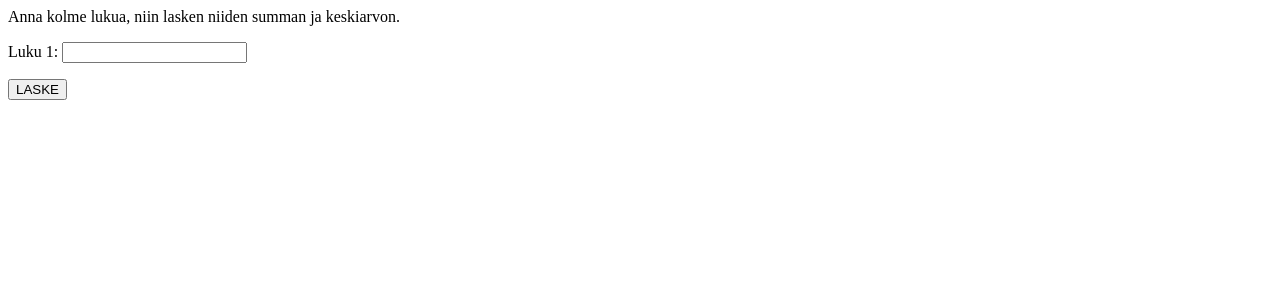
Repository: koodaajakige/knykanen
Page: public_html/be/ehtoja.html
An editor plug-in stored every save of this project. The page is shown before and after the next save, followed by the edit.
The browser window is 1280 px wide. The pictures show the whole page.

Above is the page before, as saved 2022-11-01 07:48:29.

### public_html/be/ehtoja.html
<head></head>
    <meta charset="UTF-8">
</head>
<body>

<p>Anna kolme lukua, niin lasken niiden summan ja keskiarvon.</p>
<form action="ehtoharjoitus.php" method="GET">

    <p>Luku 1: <input type="text" name="luku1"></p>

    <input type="submit" value="LASKE">
</form>
</body>

After the next save:
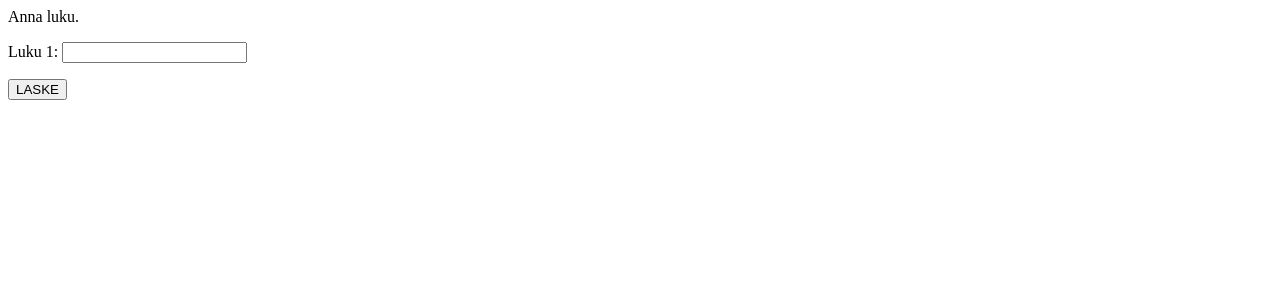
Saved 59 s later.
--- a/public_html/be/ehtoja.html
+++ b/public_html/be/ehtoja.html
@@ -3,10 +3,10 @@
 </head>
 <body>
 
-<p>Anna kolme lukua, niin lasken niiden summan ja keskiarvon.</p>
+<p>Anna luku.</p>
 <form action="ehtoharjoitus.php" method="GET">
 
-    <p>Luku 1: <input type="text" name="luku1"></p>
+    <p>Luku 1: <input type="text" name="luku"></p>
 
     <input type="submit" value="LASKE">
 </form>
